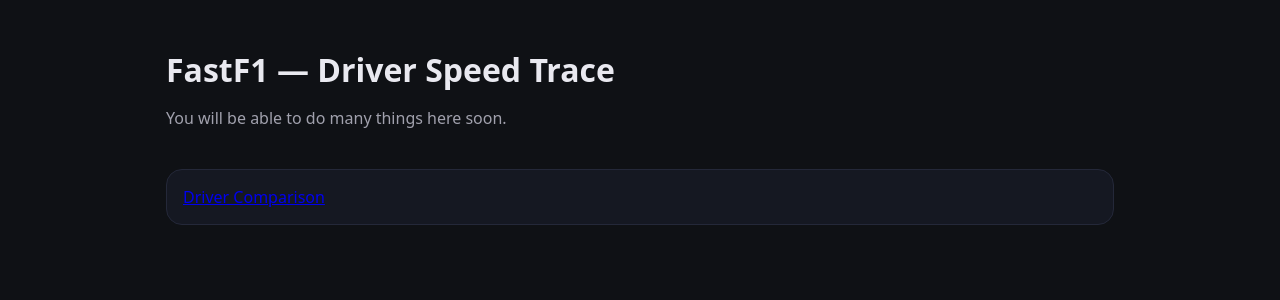
Repository: gqnsptaa/fastf1_web_preview
Page: http://localhost/menu
These files come from the project's save history. The page is drawn as it stood at one moment and after a run of saves; the edit follows.
The browser window is 1280 px wide. The pictures show the whole page.
The page is served by the project's application, run on Flask 3 (app.py).

Above is the page before, as saved 2025-09-22 16:58:44.

After the next 2 saves:
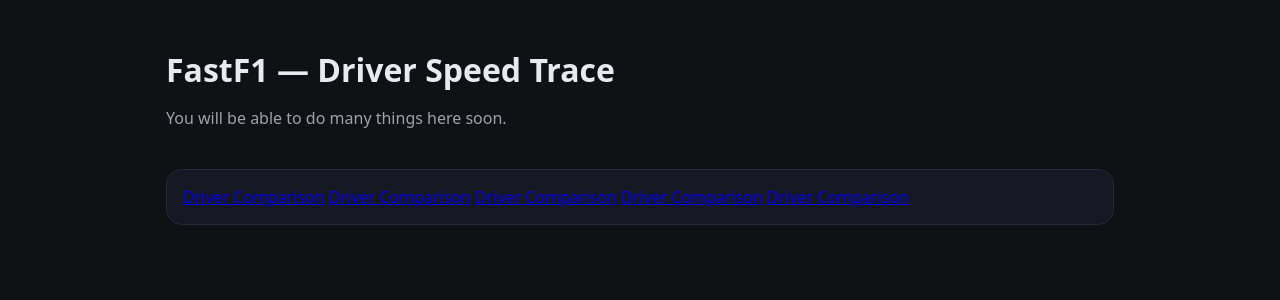
The 2 saves are shown as one change because they came seconds apart.
The last was saved 6 s later.
--- a/templates/menu.html
+++ b/templates/menu.html
@@ -20,6 +20,10 @@
           <a class="menu-btn" href="{{ url_for('index') }}"
             >Driver Comparison</a
           >
+          <a class="menu-btn" href="{{ url_for('index') }}">Driver Comparison</a>
+          <a class="menu-btn" href="{{ url_for('index') }}">Driver Comparison</a>
+          <a class="menu-btn" href="{{ url_for('index') }}">Driver Comparison</a>
+          <a class="menu-btn" href="{{ url_for('index') }}">Driver Comparison</a>
         </div>
       </div>
     </div>
